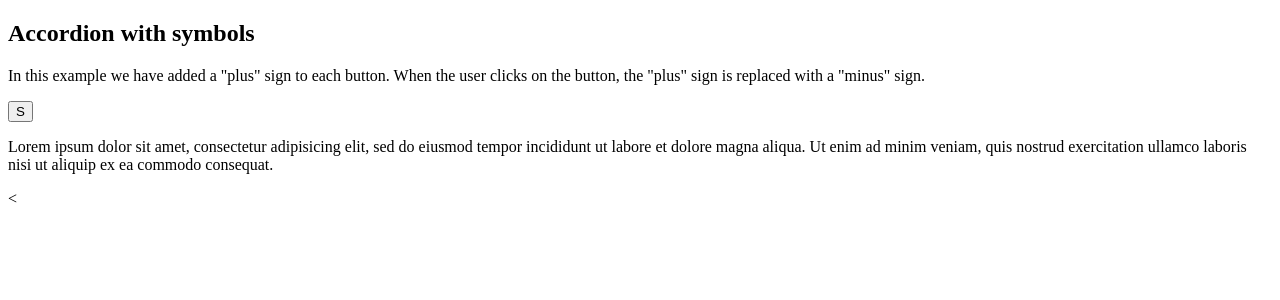
Repository: 16lineEyes/accordion
Page: index.html/index.html
These files come from the project's save history. The page is drawn as it stood at one moment and after the next save; the edit follows.
The browser window is 1280 px wide. The pictures show the whole page.

Above is the page before, as saved 2024-07-20 19:44:39.

### index.html/index.html
<!DOCTYPE html>
<html lang="en">
<head>
    <meta charset="UTF-8">
    <meta name="viewport" content="width=device-width, initial-scale=1.0">
    <title>Document</title>
</head>
<body>
    <h2>Accordion with symbols</h2>
<p>In this example we have added a "plus" sign to each button. When the user clicks on the button, the "plus" sign is replaced with a "minus" sign.</p>
<button class="accordion">S</button>
<div class="panel">  <p>Lorem ipsum dolor sit amet, consectetur adipisicing elit, sed do eiusmod tempor incididunt ut labore et dolore magna aliqua. Ut enim ad minim veniam, quis nostrud exercitation ullamco laboris nisi ut aliquip ex ea commodo consequat.</p>

</div>
<
</body>
</html>

After the next save:
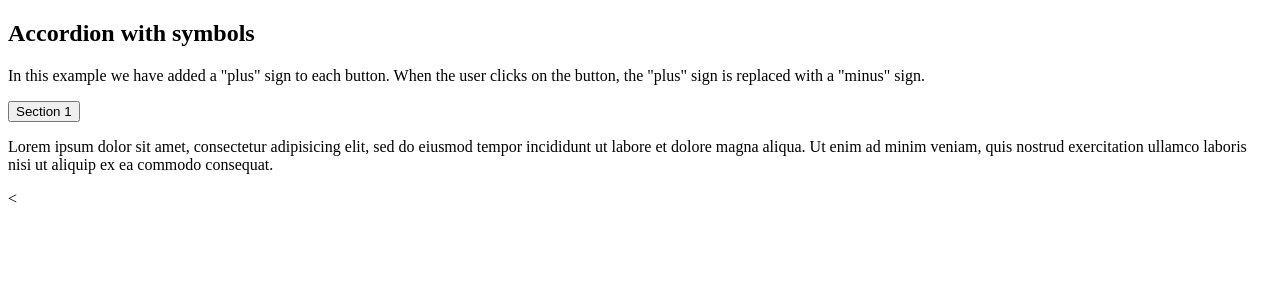
Saved 5 s later.
--- a/index.html/index.html
+++ b/index.html/index.html
@@ -8,7 +8,7 @@
 <body>
     <h2>Accordion with symbols</h2>
 <p>In this example we have added a "plus" sign to each button. When the user clicks on the button, the "plus" sign is replaced with a "minus" sign.</p>
-<button class="accordion">S</button>
+<button class="accordion">Section 1</button>
 <div class="panel">  <p>Lorem ipsum dolor sit amet, consectetur adipisicing elit, sed do eiusmod tempor incididunt ut labore et dolore magna aliqua. Ut enim ad minim veniam, quis nostrud exercitation ullamco laboris nisi ut aliquip ex ea commodo consequat.</p>
 
 </div>
